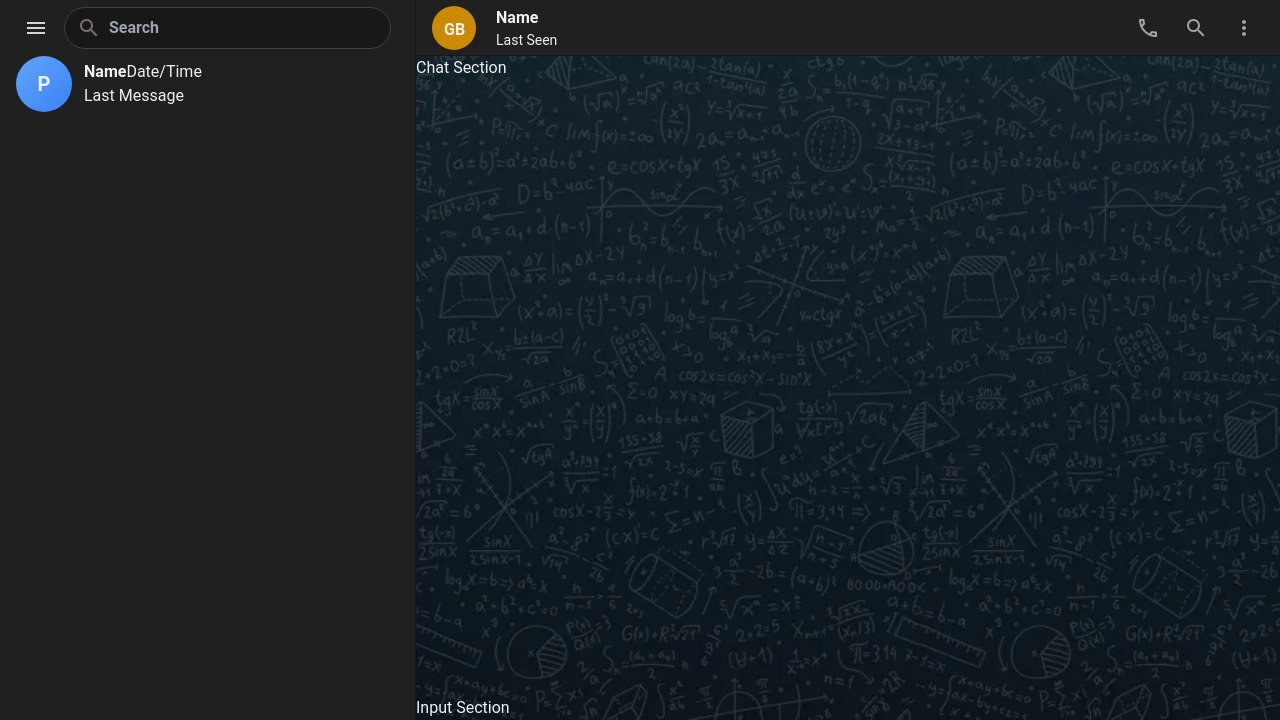
Repository: Qu4ntumGuy/telegram-clone
Page: /
The author's editor kept a copy of each file at every save. The page is drawn from the files as they stood at one save, then again after the next save.
The browser window is 1280 px wide. The pictures show the whole page.
The page's requests for data from a server got no answer. The project was rebuilt for these pictures with package versions that can differ from the ones it lists, and the page was loaded fresh each time. No one was signed in, and anything a server would have sent is missing. Also part of the build but not shown: src/Pages/ChatPage.js/ChatPage.js.

Above is the page before, as saved 2024-07-15 13:53:43.

After the next save:
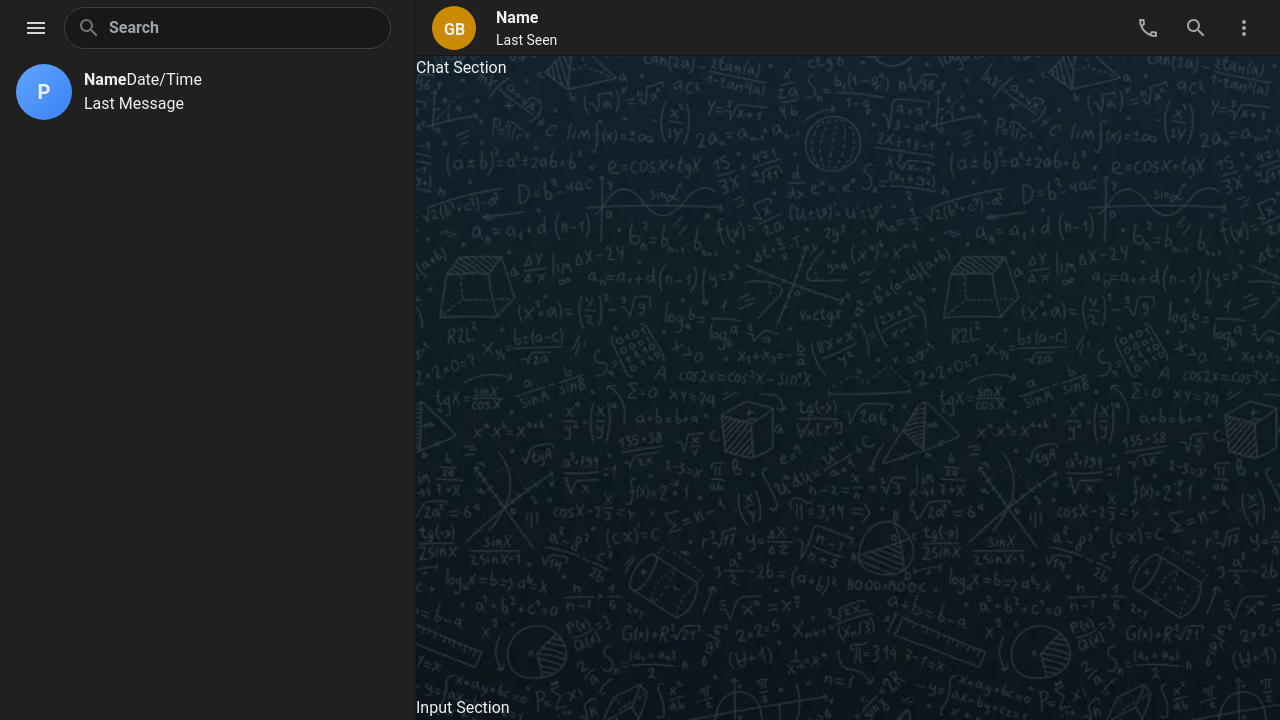
Saved 21 s later.
--- a/src/Components/Chat.js
+++ b/src/Components/Chat.js
@@ -2,7 +2,7 @@ import React from "react";
 
 function Chat({ name, profile }) {
   return (
-    <div className="flex w-full px-4 items-center hover:bg-stone-700 hover:bg-opacity-30 rounded-lg">
+    <div className="flex w-full px-4 py-2 items-center hover:bg-stone-700 hover:bg-opacity-30 rounded-lg">
       <div className="flex justify-center items-center text-xl font-semibold bg-gradient-to-br from-blue-400 rounded-full w-14 h-14 to-blue-500">
         P
       </div>
